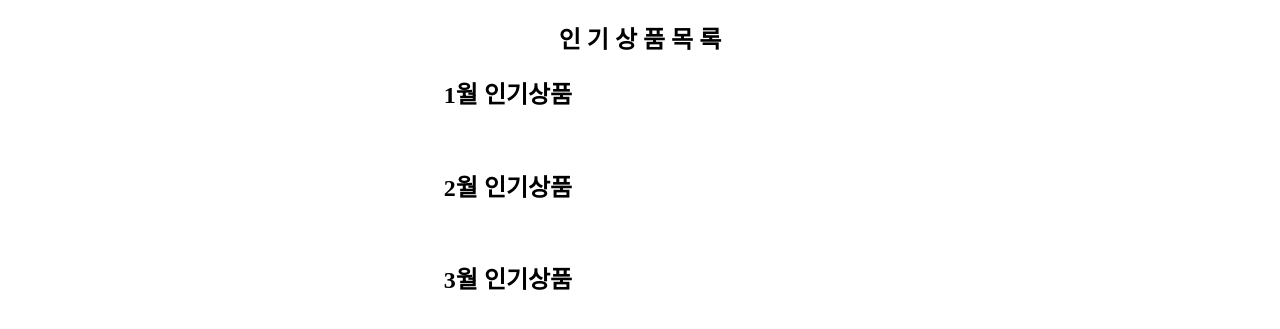
Repository: odasd/jsp
Page: http://localhost/semi/record/record3.jsp
These files come from the project's save history. The page is drawn as it stood at one moment and after the next save; the edit follows.
The browser window is 1280 px wide. The pictures show the whole page.
Some web libraries are served in a nearby version. The page is served by Tomcat 9. Other server files are loaded and not shown. Queries for data that is not in the repository find no rows.

Above is the page before, as saved 2020-06-17 09:18:43.

### semi/WebContent/record/record3.jsp
<%@ page language="java" contentType="text/html; charset=UTF-8"
	pageEncoding="UTF-8"%>


<!DOCTYPE html>
<html>
<head>
<meta charset="UTF-8">
<title>히히호호</title>
<script src="http://code.jquery.com/jquery-3.1.1.min.js"></script>
<script
	src="https://cdnjs.cloudflare.com/ajax/libs/handlebars.js/3.0.1/handlebars.js"></script>
<style>
#tbl1, #tbl2, #tbl3 {
	width: 1000px;
}

.image {
	width: 200px;
	float: left;
}

.help {width:1000px; }
#haha {margin:auto; float:center;}
h2 {text-align:center;}
</style>
</head>
<body>
	<div id="divPage">
		<div id="divMenu"></div>
		<div id="divHeader">
			<h2>인 기 상 품 목 록</h2>
		</div>
		<div id="haha">
			<div class="help">
				<h2>1월 인기상품</h2>
				<div id="tbl1"></div>
				<script id="temp1" type="text/x-handlebars-template">
         {{#each array}}

					<div class="image"><img src="{{printImage image}}"><br>
					상품명 : {{product_name}}<br>판매수량 : {{sold_quantity}}</div>
			{{/each}}
      </script>
			</div><br>
			<div class="help">
				<h2>2월 인기상품</h2>
				<div id="tbl2"></div>
				<script id="temp2" type="text/x-handlebars-template">
         {{#each array}}
					<div class="image"><img src="{{printImage image}}"><br>
					상품명 : {{product_name}}<br> 판매수량 : {{sold_quantity}}</div>

           {{/each}}
      </script>

			</div><br>
			<div class="help">
				<h2>3월 인기상품</h2>
				<div id="tbl3"></div>
				<script id="temp3" type="text/x-handlebars-template">
         {{#each array}}

					<div class="image"><img src="{{printImage image}}"><br>
					상품명 : {{product_name}}<br>판매수량 : {{sold_quantity}}</div>

           {{/each}}
      </script>
			</div>
		</div>
	</div>
</body>
<script>
	var selMonth;

	getList(1);
	getList(2);
	getList(3);

	function getList(selMonth) {

		$
				.ajax({
					type : "get",
					url : "/semi/record/topTen",
					data : {
						"selMonth" : selMonth
					},
					dataType : "json",
					success : function(data) {

						var template = Handlebars.compile($("#temp" + selMonth)
								.html());
						$("#tbl" + selMonth).html(template(data));
					}
				});
	}

	Handlebars.registerHelper("printImage", function(image) {
		var src;
		if (!image)
			src = "http://placehold.it/200x300";
		else
			src = "/img/product/" + image;
		return src;
	});
</script>
</html>

### semi/src/record/RecordServlet.java
package record;

import java.io.IOException;
import java.io.PrintWriter;

import javax.servlet.ServletException;
import javax.servlet.annotation.WebServlet;
import javax.servlet.http.HttpServlet;
import javax.servlet.http.HttpServletRequest;
import javax.servlet.http.HttpServletResponse;

import org.json.simple.JSONObject;

/**
 * Servlet implementation class RecordServlet
 */
@WebServlet(value={"/record/topTen"})
public class RecordServlet extends HttpServlet {
	private static final long serialVersionUID = 1L;


	protected void doGet(HttpServletRequest request, HttpServletResponse response) throws ServletException, IOException {
		response.setContentType("text/html;charset=UTF-8"); //한글깨짐 방지
		PrintWriter out=response.getWriter(); //브라우저에 출력하기 위한 객체
		RecordDAO rdao=new RecordDAO();

		switch(request.getServletPath()) {

		case "/record/topTen" :

			String strMonth=request.getParameter("selMonth");
			int month=Integer.parseInt(strMonth);
			out.println(rdao.list(month));
			break;

		}


	}


	protected void doPost(HttpServletRequest request, HttpServletResponse response) throws ServletException, IOException {

	}

}

### semi/src/record/RecordDAO.java
package record;

import java.sql.PreparedStatement;
import java.sql.ResultSet;

import org.json.simple.JSONArray;
import org.json.simple.JSONObject;

import database.Database;

public class RecordDAO {


	//월별 탑10 상품 출력

	public JSONObject list(int month) {
		JSONObject jObject=new JSONObject();
		try {
			String sql="select img, product_name, sold_quantity\r\n" +
					"from product p, sell_record s\r\n" +
					"where p.product_code=s.product_code and p.category_code=s.category_code and month=?\r\n" +
					"order by sold_quantity desc limit 0, 5";
			PreparedStatement ps=Database.CON.prepareStatement(sql);
			ps.setInt(1, month);
			ResultSet rs=ps.executeQuery();
			JSONArray jArray=new JSONArray();
			while(rs.next()) {
				JSONObject obj=new JSONObject();
				obj.put("img", rs.getString("img"));
				obj.put("product_name", rs.getString("product_name"));
				obj.put("sold_quantity", rs.getInt("sold_quantity"));
				jArray.add(obj);
			}
			jObject.put("array", jArray);
		} catch(Exception e) {
			System.out.println("top10상품목록 : "+e.toString());
		}

		return jObject;
	}

}

### semi/src/database/Database.java
package database;

import java.sql.*;

public class Database {
	public static Connection CON;
	static {
		try {
			Class.forName("com.mysql.jdbc.Driver");
			CON = DriverManager.getConnection("jdbc:mysql://localhost:3306/mydb", "semi", "pass");
			System.out.println("connected");
		} catch (Exception e) {
			System.out.println("connection error: " + e.toString());
		}
	}
}

After the next save:
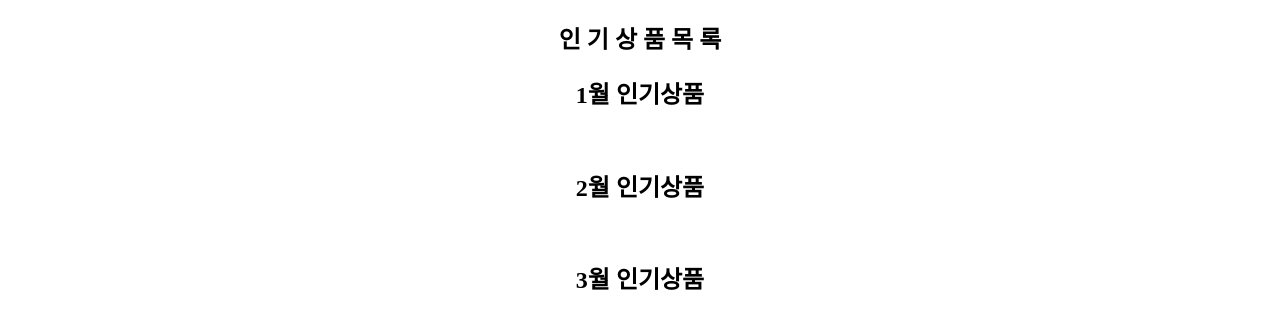
Saved 16 s later.
--- a/semi/WebContent/record/record3.jsp
+++ b/semi/WebContent/record/record3.jsp
@@ -20,7 +20,7 @@
 	float: left;
 }
 
-.help {width:1000px; }
+.help {width:1000px; margin:auto; float:center;}
 #haha {margin:auto; float:center;}
 h2 {text-align:center;}
 </style>
